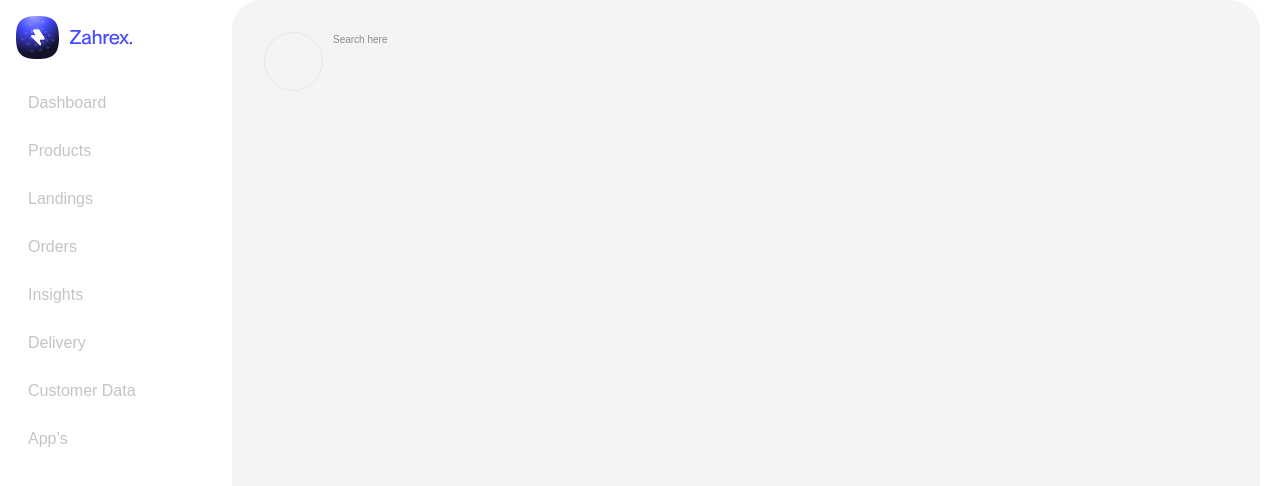
Repository: asba38295-web/zahrex-app
Page: /dashboard
An editor plug-in stored every save of this project. The page is shown before and after the next save, followed by the edit.
The browser window is 1280 px wide. The pictures show the whole page.
The project was rebuilt for these pictures with package versions that can differ from the ones it lists, and the page was loaded fresh each time. The framework's server and built-in components were replaced by stand-ins that run in the browser. Also part of the build but not shown: next.config.mjs, src/page/Dashboard/Dashboard.jsx.

Above is the page before, as saved 2025-11-28 21:30:08.

After the next save:
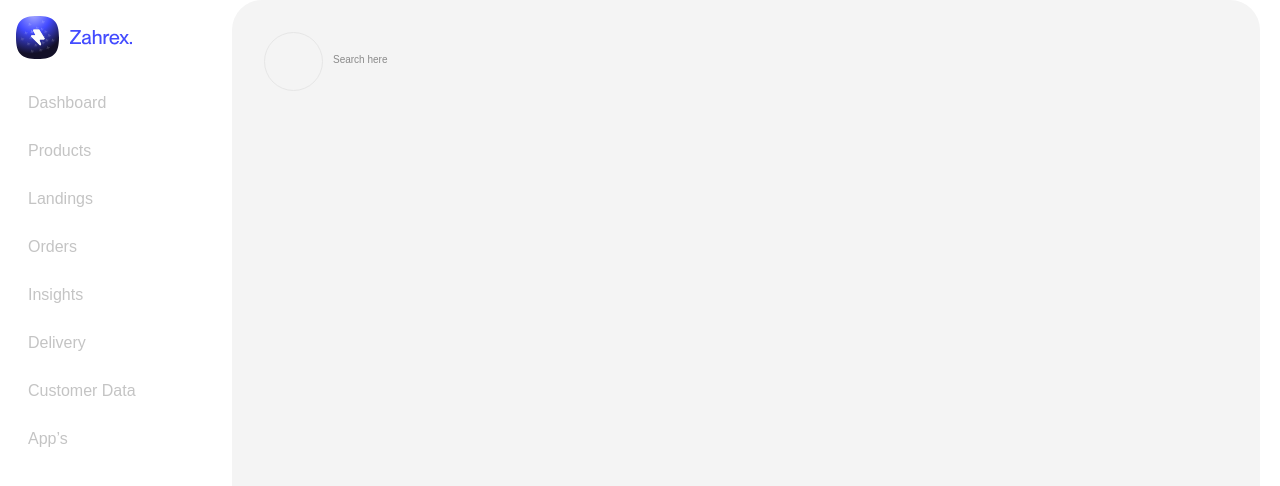
Saved 35 s later.
--- a/src/app/dashboard/page.jsx
+++ b/src/app/dashboard/page.jsx
@@ -89,7 +89,7 @@ export default function DashboardShell() {
     <div className="min-h-screen w-full bg-[#F4F4F4] p-8 rounded-[30px] flex">
      <div className="flex gap-[10px]">
        <button className=" w-[59px] h-[59px] border border-[#E6E6E6] rounded-full "></button>
-       <h1 className="text-[#8A8A8A] text-[10px]">Search here</h1>
+       <h1 className="text-[#8A8A8A] mt-[20px] text-[10px]">Search here</h1>
      </div>
 
 
